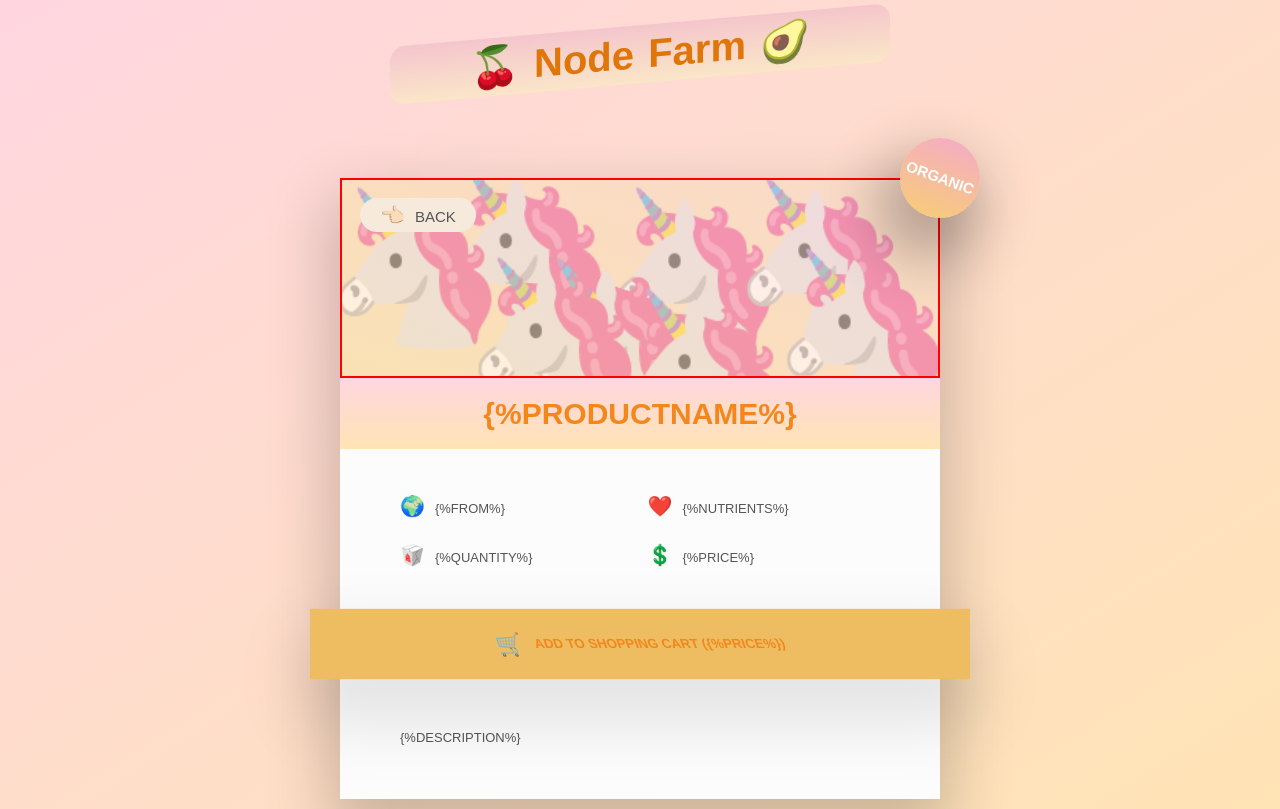
Repository: Kubraaygun/NodeFarm_Backend
Page: templates/product.html
An editor plug-in stored every save of this project. The page is shown before and after the next save, followed by the edit.
The browser window is 1280 px wide. The pictures show the whole page.
The pointer rests on the first visible `.product__link`.

Above is the page before, as saved 2025-09-09 23:26:26.

After the next save:
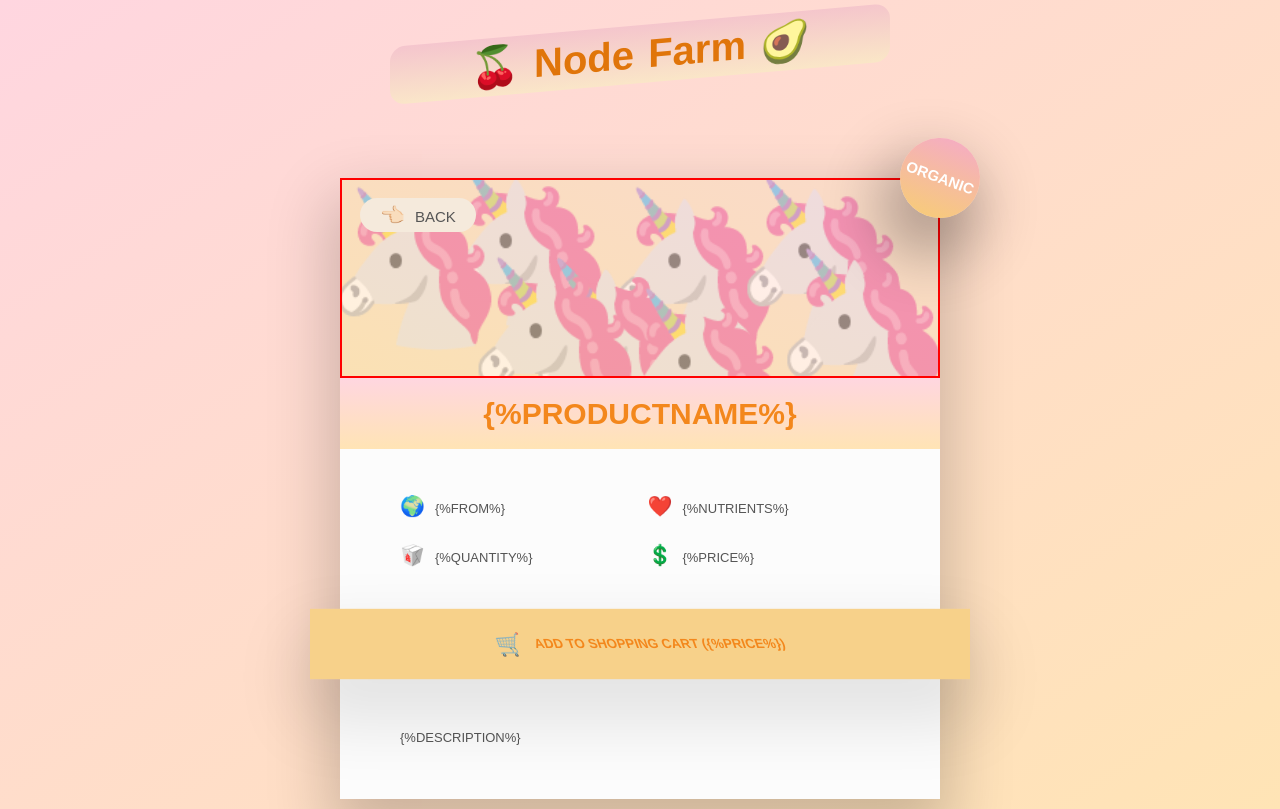
Saved 5 s later.
--- a/templates/product.html
+++ b/templates/product.html
@@ -212,7 +212,7 @@
 
       .product__link:hover,
       .product__link:active {
-        background-color: #eebd61;
+        background-color: #f7d18a;
         transform: scale(1.1);
       }
 
